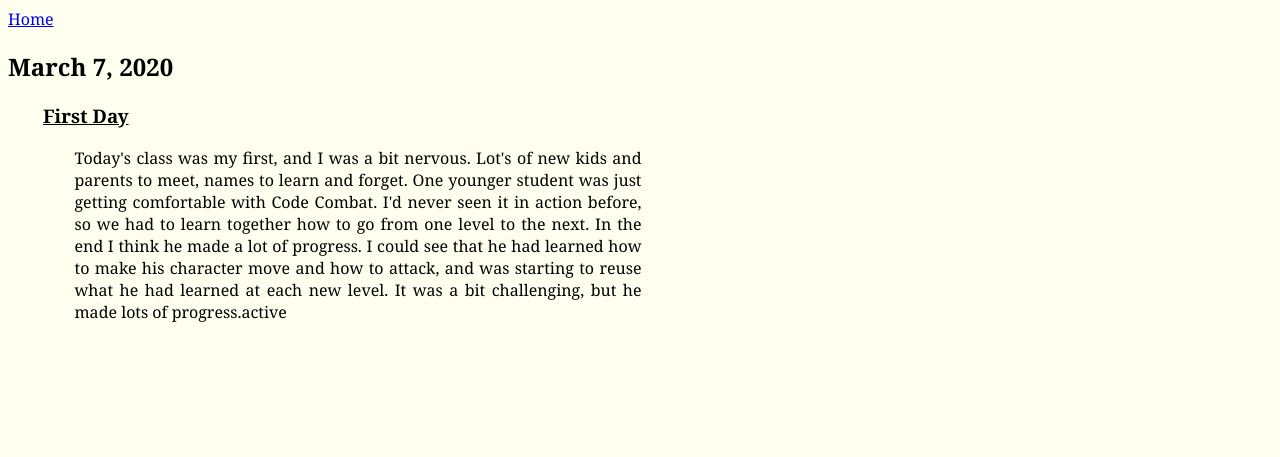
Repository: chocochocosensei/Mission-Exercises
Page: Page1/index.html
An editor plug-in stored every save of this project. The page is shown before and after the next save, followed by the edit.
The browser window is 1280 px wide. The pictures show the whole page.

Above is the page before, as saved 2020-03-10 13:04:32.

### Page1/index.html
<!doctype html>
<html>

<head>
    <meta charset="utf-8">
    <link rel="stylesheet" href="../style.css">
    <title>Mission Exercises March 7 2020</title>
</head>

<body>
    <section>
        <div><a href="../index.html">Home</a></div>
    </section>
    <section>
        <div class="section-title">
            <h2 id="diary-date">March 7, 2020</h2>
        </div>

        <div class="section-activity">
            <div class="class">
                <div class="title">
                    <h3>First Day</h3>
                </div>
                <div class="content">
                    <p>Today's class was my first, and I was a bit nervous. Lot's of new kids and parents to meet, names to learn and forget. One younger student was just getting comfortable with Code Combat. I'd never seen it in action before, so we had
                        to learn together how to go from one level to the next. In the end I think he made a lot of progress. I could see that he had learned how to make his character move and how to attack, and was starting to reuse what he had learned
                        at each new level. It was a bit challenging, but he made lots of progress.active</p>
                </div>

            </div>

            <div class="class hours hidden">
                <div class="title">
                    <h3 class="title">Hours</h3>
                </div>
                <div class="content">
                    <p>Class: 10:30-12:30</p>
                    <p>Hours: 2</p>
                </div>

            </div>
        </div>
    </section>


</body>

</html>

### style.css
body {
    background-color: ivory;
    font-family: Cambria, Cochin, Georgia, Times, 'Times New Roman', serif;
    max-width: 700px;
}

*.hidden {
    display: none;
}

.section-title {}

.section-activity {
    margin: 0 5%;
}

.section-activity .content p {
    margin: 0 5%;
    text-align: justify;
}

.title {
    font-weight: bold;
    text-decoration: underline;
}

After the next save:
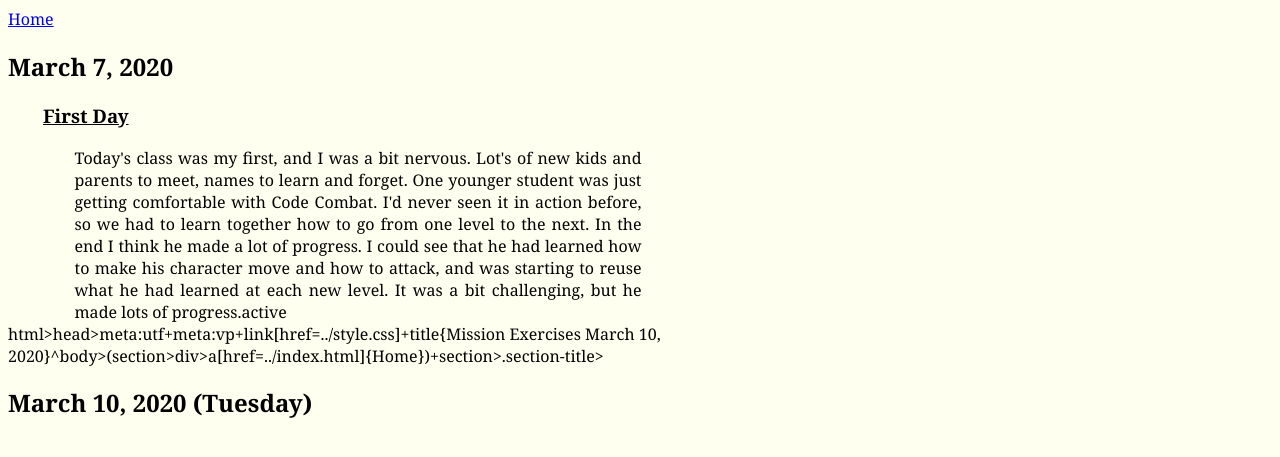
Saved 45 min 0 s later.
--- a/Page1/index.html
+++ b/Page1/index.html
@@ -46,3 +46,23 @@
 </body>
 
 </html>
+
+<!DOCTYPE html> html>head>meta:utf+meta:vp+link[href=../style.css]+title{Mission Exercises March 10, 2020}^body>(section>div>a[href=../index.html]{Home})+section>.section-title>
+<h2 id="2020-03-10@13:12:46">March 10, 2020 (Tuesday)</h2>
+<div class="section-activity">
+    <div class="card">
+        <div class="title">
+            <h3></h3>
+        </div>
+        <div class="content"></div>
+    </div>
+    <div class="card hidden hours">
+        <div class="title">
+            <h3>Hours</h3>
+        </div>
+        <div class="content">
+            <p>Class: </p>
+            <p>Hours: </p>
+        </div>
+    </div>
+</div>
